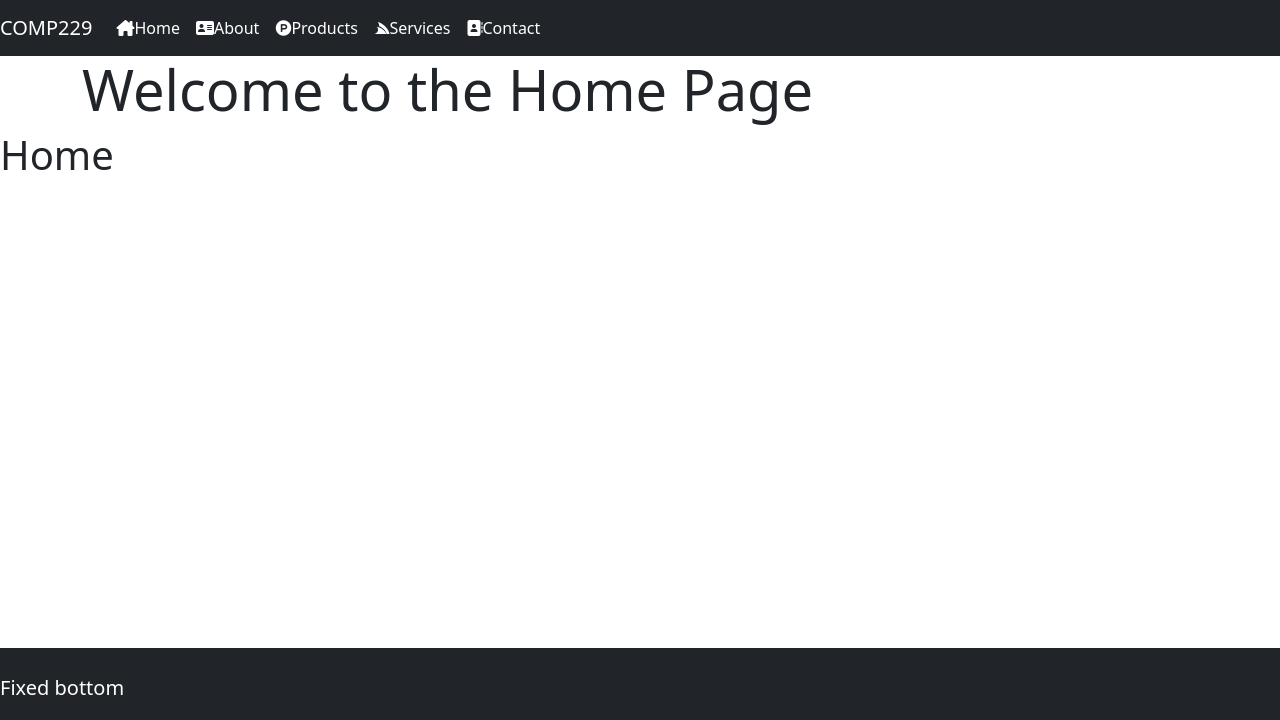
Repository: BlessingAjiboye/WEEK52023W
Page: http://localhost/
These files come from the project's save history. The page is drawn as it stood at one moment and after a run of saves; the edit follows.
The browser window is 1280 px wide. The pictures show the whole page.
The page is served by the project's Node server (server.js). Other server files are loaded and not shown.

Above is the page before, as saved 2023-01-26 11:37:04.

### views/index.ejs
<!DOCTYPE html>
<html lang="en">
<head>
  <meta charset="UTF-8">
  <meta http-equiv="X-UA-Compatible" content="IE=edge">
  <meta name="viewport" content="width=device-width, initial-scale=1.0">
  <title><%= title %></title>
  <!--css section-->
  <link rel="stylesheet" href="/bootstrap/dist/css/bootstrap.min.css"/>
  <link rel="stylesheet" href="/@fortawesome/fontawesome-free/css/all.min.css"/>

  <link rel='stylesheet' href='/Content/app.css' />
</head>
<body>
  <!--Main Nav Navigation-->
  <nav class="navbar navbar-expand-lg navbar-dark bg-dark">
  <!--<div class="container-fluid">-->
    <a class="navbar-brand" href="#">COMP229</a>
    <button class="navbar-toggler" type="button" data-toggle="collapse" data-target="#navbarSupportedContent" aria-controls="navbarSupportedContent" aria-expanded="false" aria-label="Toggle navigation">
      <span class="navbar-toggler-icon"></span>
    </button>
    <div class="collapse navbar-collapse" id="navbarSupportedContent">
      <ul class="navbar-nav ml-auto">
        <% if(title=="Home"){%>
        <li class="nav-item active">
          <%}else{%>
            <li class="nav-item">
              <%}%>
          <a class="nav-link active" aria-current="page" href="/home"><i class="fa-solid fa-house-chimney"></i>Home</a>
        </li>
        <% if(title=="Home"){%>
        <li class="nav-item active">
          <%}else{%>
            <li class="nav-item">
              <%}%>
          <a class="nav-link active" aria-current="page" href="/about"><i class="fa-solid fa-address-card"></i>About</a>
        </li>
        <% if(title=="Home"){%>
        <li class="nav-item active">
           <%}else{%>
            <li class="nav-item">
              <%}%>
          <a class="nav-link active" aria-current="page" href="/products"><i class="fa-brands fa-product-hunt"></i>Products</a>
        </li>
        <% if(title=="Home"){%>
        <li class="nav-item active">
          <%}else{%>
            <li class="nav-item">
              <%}%>
          <a class="nav-link active" aria-current="page" href="/services"><i class="fa-brands fa-servicestack"></i>Services</a>
        </li>
        <% if(title=="Home"){%>
        <li class="nav-item active">
           <%}else{%>
            <li class="nav-item">
              <%}%>
          <a class="nav-link active" aria-current="page" href="/contact"><i class="fa-solid fa-address-book"></i>Contact</a>
        </li>


    <!--</div>-->
  </div>
</nav>
<main class="container">
  <div class="jumbotron">
    <h1 class="display-4">Welcome to the <%= title %> Page</h1>
    </div>
  </main>
  <footer>
    <nav class="navbar fixed-bottom navbar-dark bg-dark">
  <!--<div class="container-fluid">-->
    <h1 class="display-6 ">
    <a class="navbar-brand" href="#">Fixed bottom</a>
  </div>
</nav>
    </footer>
   <h1><%= title %></h1>
   <!--<p>Welcome to <%= title %></p>-->
   <!--Script section-->
   <script src="/jquery/dist/jquery.min.js"></script>
   <script src="/bootstrap/dist/js/bootstrap.min.js"></script>
    <script src="/Scripts/app.js"></script>

</body>
</html>

### server.js
#!/usr/bin/env node

/**
 * Module dependencies.
 */

var app = require('./app');
var debug = require('debug')('week3:server');
var http = require('http');

/**
 * Get port from environment and store in Express.
 */

var port = normalizePort(process.env.PORT || '3000');
app.set('port', port);

/**
 * Create HTTP server.
 */

var server = http.createServer(app);

/**
 * Listen on provided port, on all network interfaces.
 */

server.listen(port);
server.on('error', onError);
server.on('listening', onListening);

/**
 * Normalize a port into a number, string, or false.
 */

function normalizePort(val) {
  var port = parseInt(val, 10);

  if (isNaN(port)) {
    // named pipe
    return val;
  }

  if (port >= 0) {
    // port number
    return port;
  }

  return false;
}

/**
 * Event listener for HTTP server "error" event.
 */

function onError(error) {
  if (error.syscall !== 'listen') {
    throw error;
  }

  var bind = typeof port === 'string'
    ? 'Pipe ' + port
    : 'Port ' + port;

  // handle specific listen errors with friendly messages
  switch (error.code) {
    case 'EACCES':
      console.error(bind + ' requires elevated privileges');
      process.exit(1);
      break;
    case 'EADDRINUSE':
      console.error(bind + ' is already in use');
      process.exit(1);
      break;
    default:
      throw error;
  }
}

/**
 * Event listener for HTTP server "listening" event.
 */

function onListening() {
  var addr = server.address();
  var bind = typeof addr === 'string'
    ? 'pipe ' + addr
    : 'port ' + addr.port;
  debug('Listening on ' + bind);
}

### routes/index.js
var express = require('express');
var router = express.Router();

/* GET home page. */
router.get('/', function(req, res, next) {
  res.render('index', { title: 'Home' });
});

router.get('/about', function(req, res, next) {
  res.render('index', { title: 'About' });
});
router.get('/products', function(req, res, next) {
  res.render('index', { title: 'Products' });
});
router.get('/contact', function(req, res, next) {
  res.render('index', { title: 'Contact' });
});
router.get('/services', function(req, res, next) {
  res.render('index', { title: 'Services' });
});

module.exports = router;

### app.js
let createError = require('http-errors');
let express = require('express');
let path = require('path');
let cookieParser = require('cookie-parser');
let logger = require('morgan');

let indexRouter = require('./routes/index');
let usersRouter = require('./routes/users');

let app = express();

// view engine setup
app.set('views', path.join(__dirname, 'views'));
app.set('view engine', 'ejs');

app.use(logger('dev'));
app.use(express.json());
app.use(express.urlencoded({ extended: false }));
app.use(cookieParser());
app.use(express.static(path.join(__dirname, 'public')));
app.use(express.static(path.join(__dirname, 'node_modules')));

app.use('/', indexRouter);
app.use('/users', usersRouter);

// catch 404 and forward to error handler
app.use(function(req, res, next) {
  next(createError(404));
});

// error handler
app.use(function(err, req, res, next) {
  // set locals, only providing error in development
  res.locals.message = err.message;
  res.locals.error = req.app.get('env') === 'development' ? err : {};

  // render the error page
  res.status(err.status || 500);
  res.render('error');
});

module.exports = app;

### public/Content/app.css

/*Custom css goes here*/

### public/Scripts/app.js
(function () {
    function start() {
        console.log("App Started...");
    }
    window.addEventListener("load", start);
})();

After the next 2 saves:
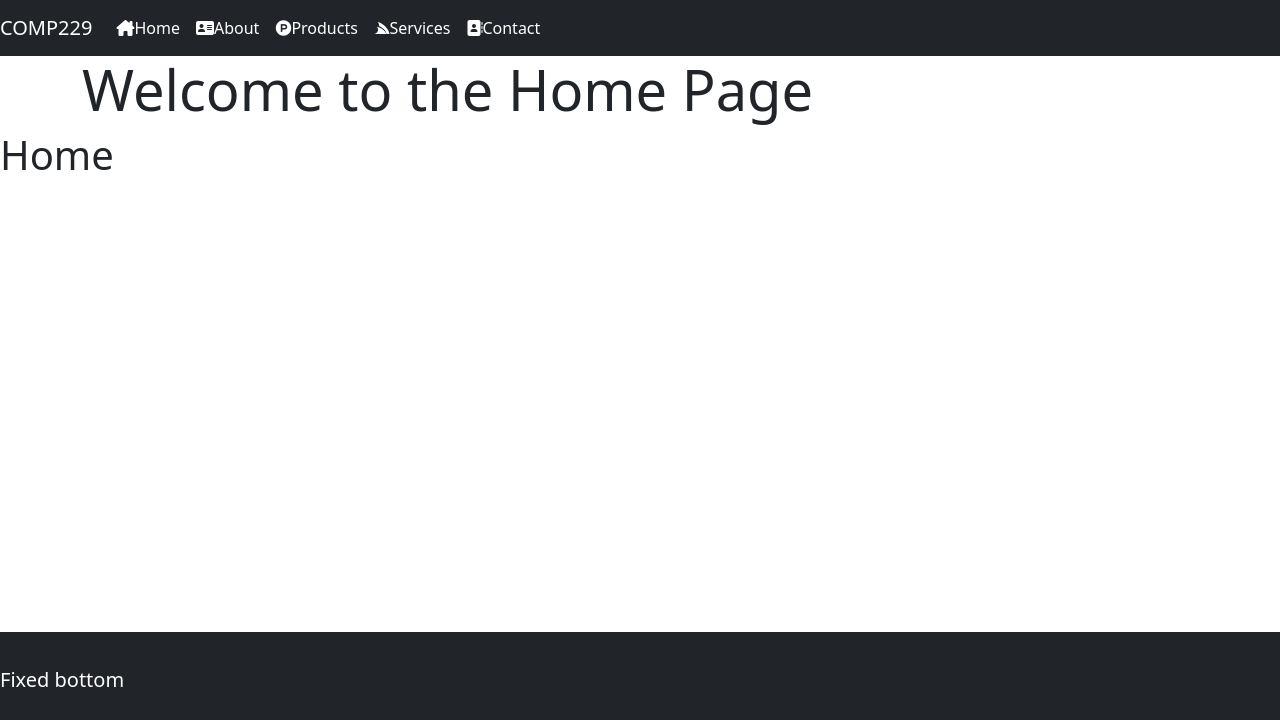
The 2 saves are shown as one change because they came seconds apart.
The last was saved 8 s later.
--- a/views/index.ejs
+++ b/views/index.ejs
@@ -69,7 +69,7 @@
   <footer>
     <nav class="navbar fixed-bottom navbar-dark bg-dark">
   <!--<div class="container-fluid">-->
-    <h1 class="display-6 ">
+    <h1 class="display-6 navbar-text">
     <a class="navbar-brand" href="#">Fixed bottom</a>
   </div>
 </nav>
